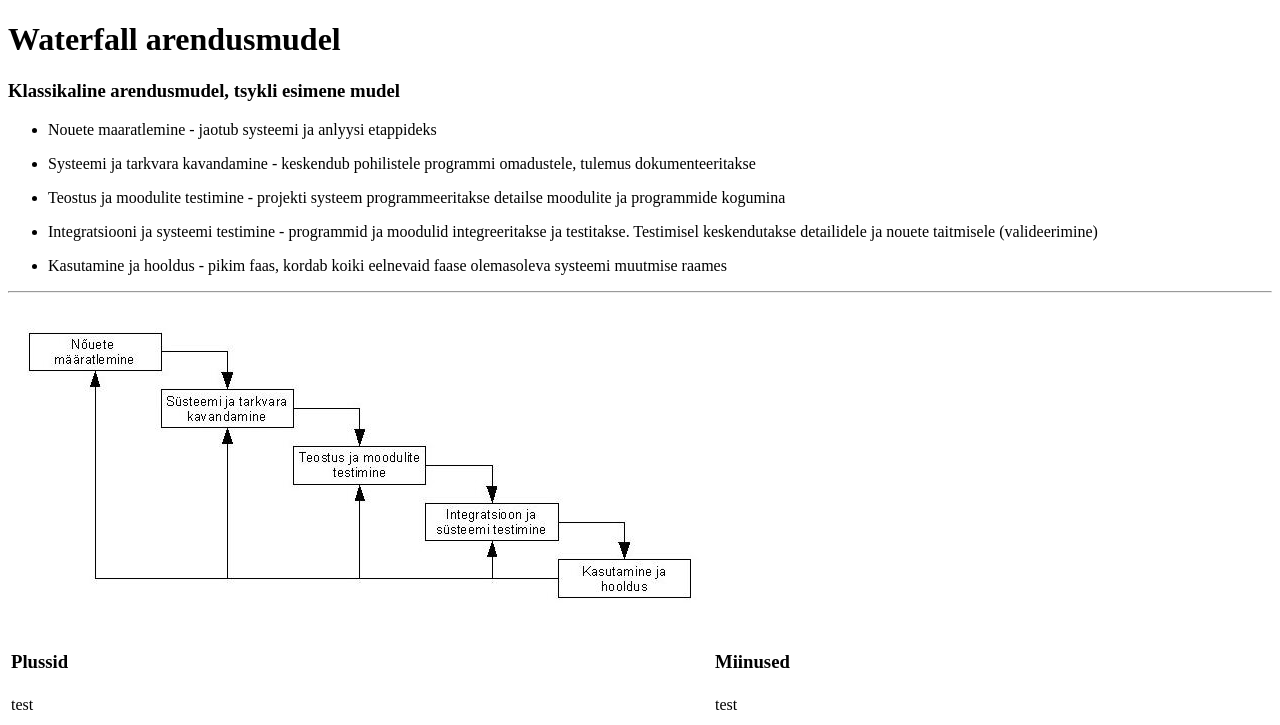
Repository: annemariv/Targe24
Page: elutsykkel/waterfall.html
An editor plug-in stored every save of this project. The page is shown before and after a run of saves, followed by the edit.
The browser window is 1280 px wide. The pictures show the whole page.

Above is the page before, as saved 2024-11-06 19:00:46.

After the next 2 saves:
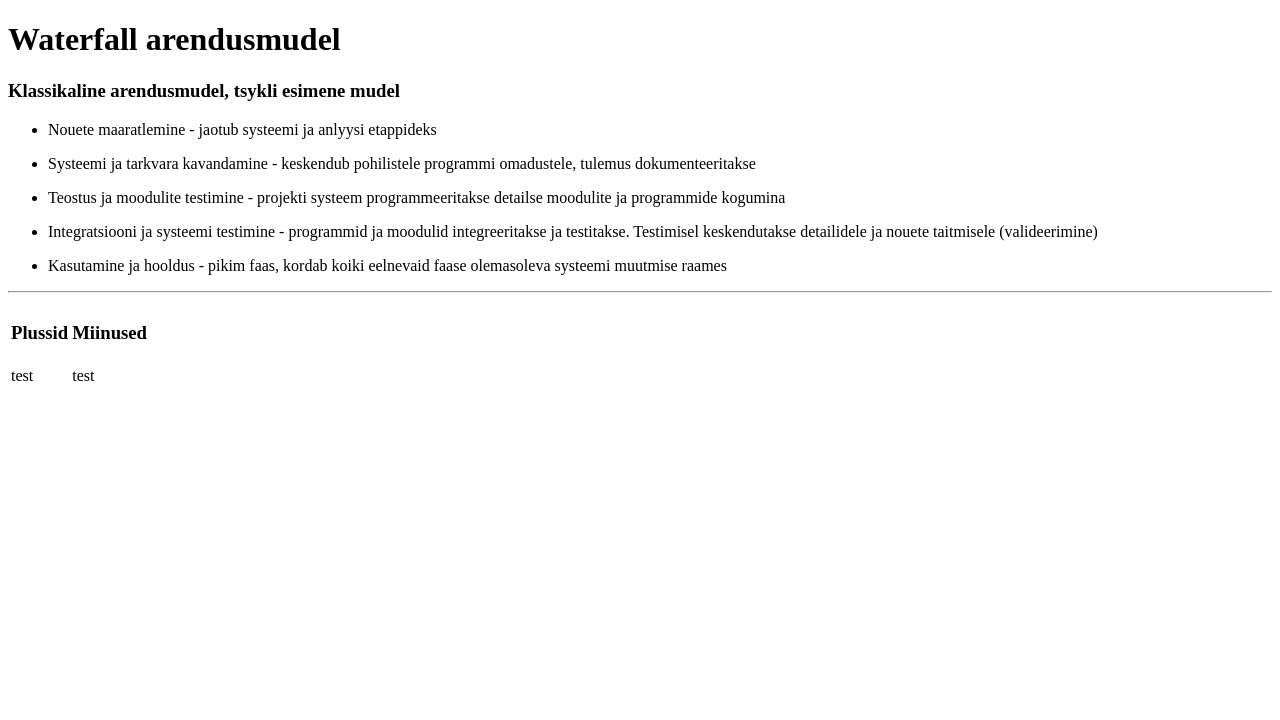
The 2 saves are shown as one change because they came seconds apart.
The last was saved 2 min 26 s later.
--- a/elutsykkel/waterfall.html
+++ b/elutsykkel/waterfall.html
@@ -35,10 +35,6 @@
     <hr/>
     <table>
         <tr>
-            <td> <img src="/pildid/image2.1.jpeg" />
-            </td>
-        </tr>
-        <tr>
             <td><h3>Plussid</h3></td>
             <td><h3>Miinused</h3></td>
         </tr>
